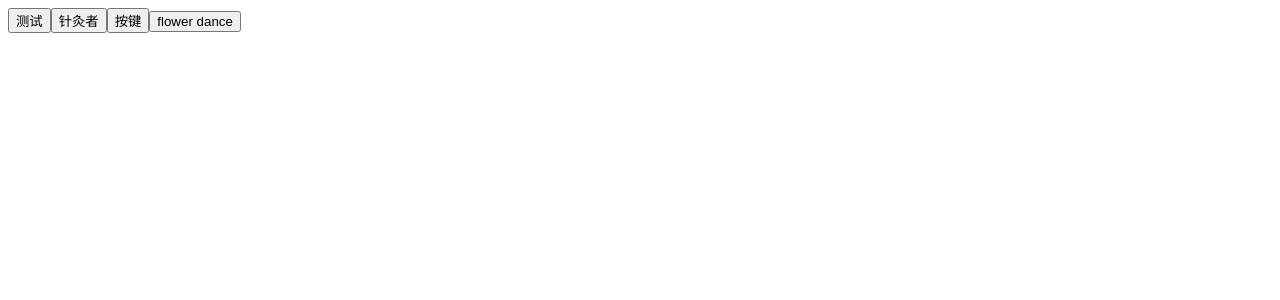
Repository: CodeHuai/vue_note
Page: 组件化/父子组件之间的通信/子传父--自定义事件.html
The author's editor kept a copy of each file at every save. The page is drawn from the files as they stood at one save, then again after the next save.
The browser window is 1280 px wide. The pictures show the whole page.

Above is the page before, as saved 2021-07-06 20:20:37.

After the next save:
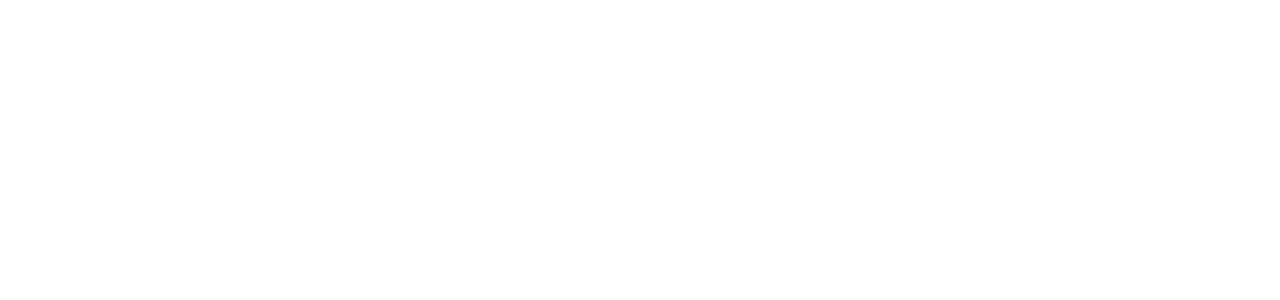
Console error: ReferenceError: myClick is not defined
Saved 4 s later.
--- a/组件化/父子组件之间的通信/子传父--自定义事件.html
+++ b/组件化/父子组件之间的通信/子传父--自定义事件.html
@@ -44,7 +44,7 @@
                 }
             },
             methods: {
-
+                myClick
             },
         }
 

After the save that followed:
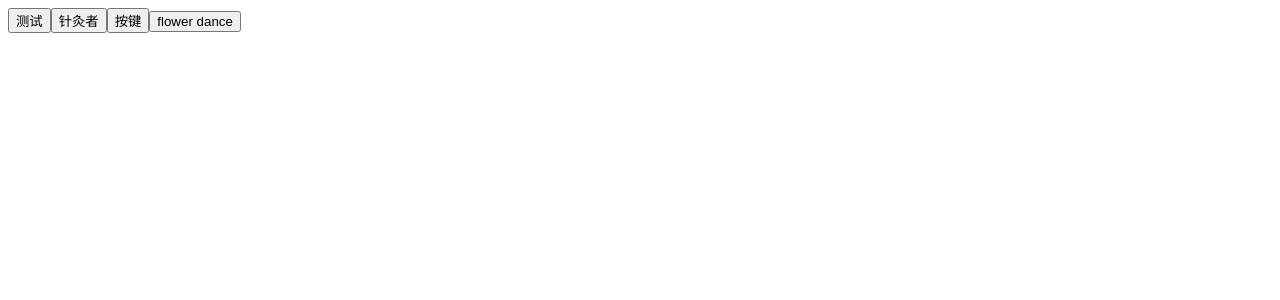
The error is gone.
Saved 13 s later.
--- a/组件化/父子组件之间的通信/子传父--自定义事件.html
+++ b/组件化/父子组件之间的通信/子传父--自定义事件.html
@@ -44,7 +44,9 @@
                 }
             },
             methods: {
-                myClick
+                myClick(item) {
+                    return
+                }
             },
         }
 
